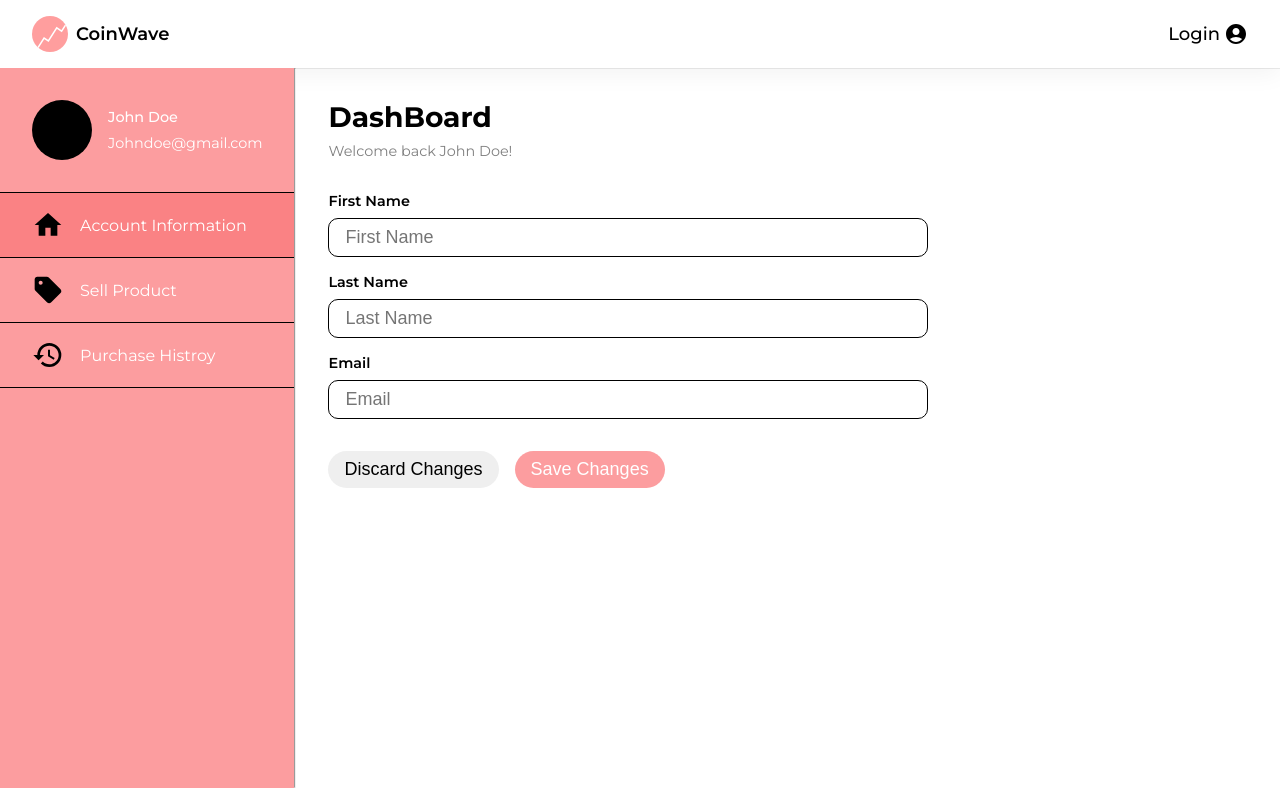
Repository: David-Waite/CoinWave
Page: /account
The author's editor kept a copy of each file at every save. The page is drawn from the files as they stood at one save, then again after the next save.
The browser window is 1280 px wide. The pictures show the whole page.
The project was rebuilt for these pictures with package versions that can differ from the ones it lists, and the page was loaded fresh each time. The framework's server and built-in components were replaced by stand-ins that run in the browser. Also part of the build but not shown: next.config.js, app/components/account/SellProduct/SellProduct.js, app/components/account/PurchaseHistory/PurchaseHistory.js.

Above is the page before, as saved 2023-08-16 11:22:05.

After the next save:
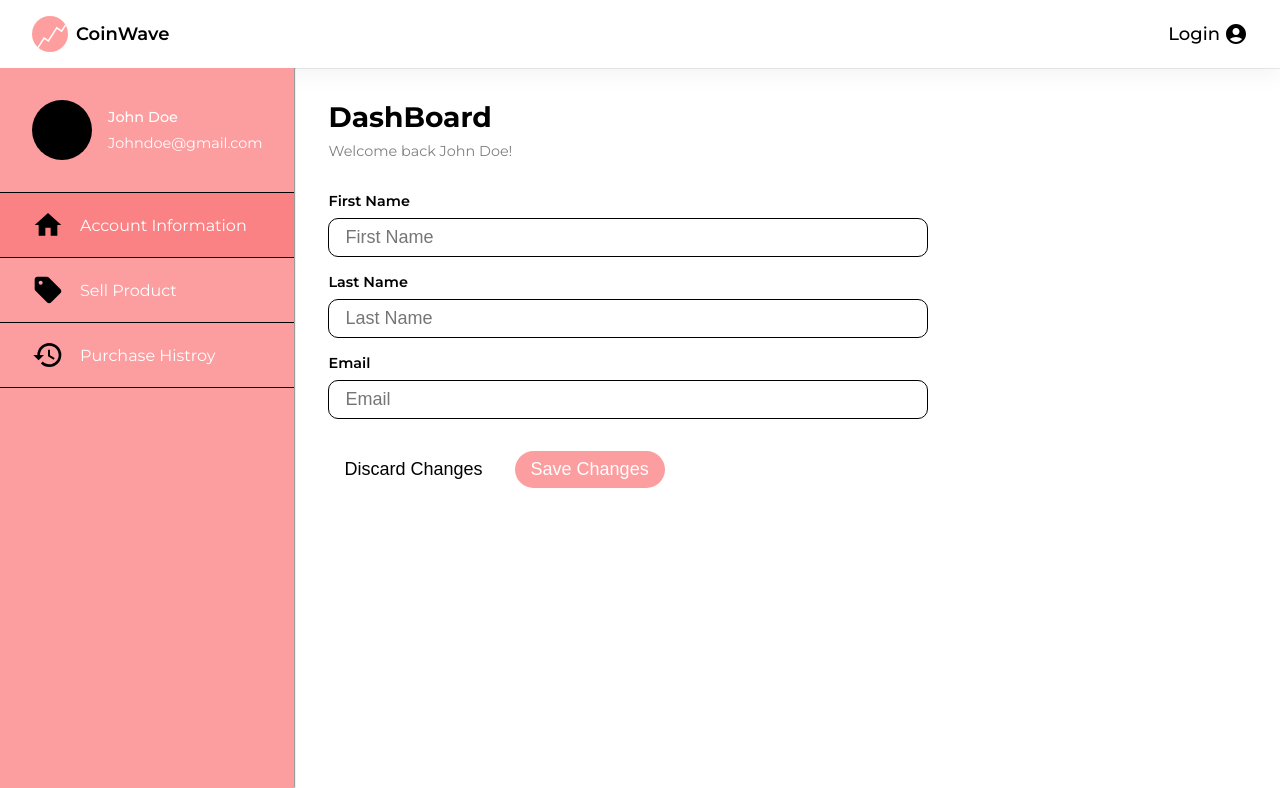
Saved 9 s later.
--- a/app/components/account/AccountInfomation/accountInformation.module.css
+++ b/app/components/account/AccountInfomation/accountInformation.module.css
@@ -57,6 +57,7 @@
 
 .discardChanges {
   color: black;
+  background-color: transparent;
 }
 
 .saveChanges {
